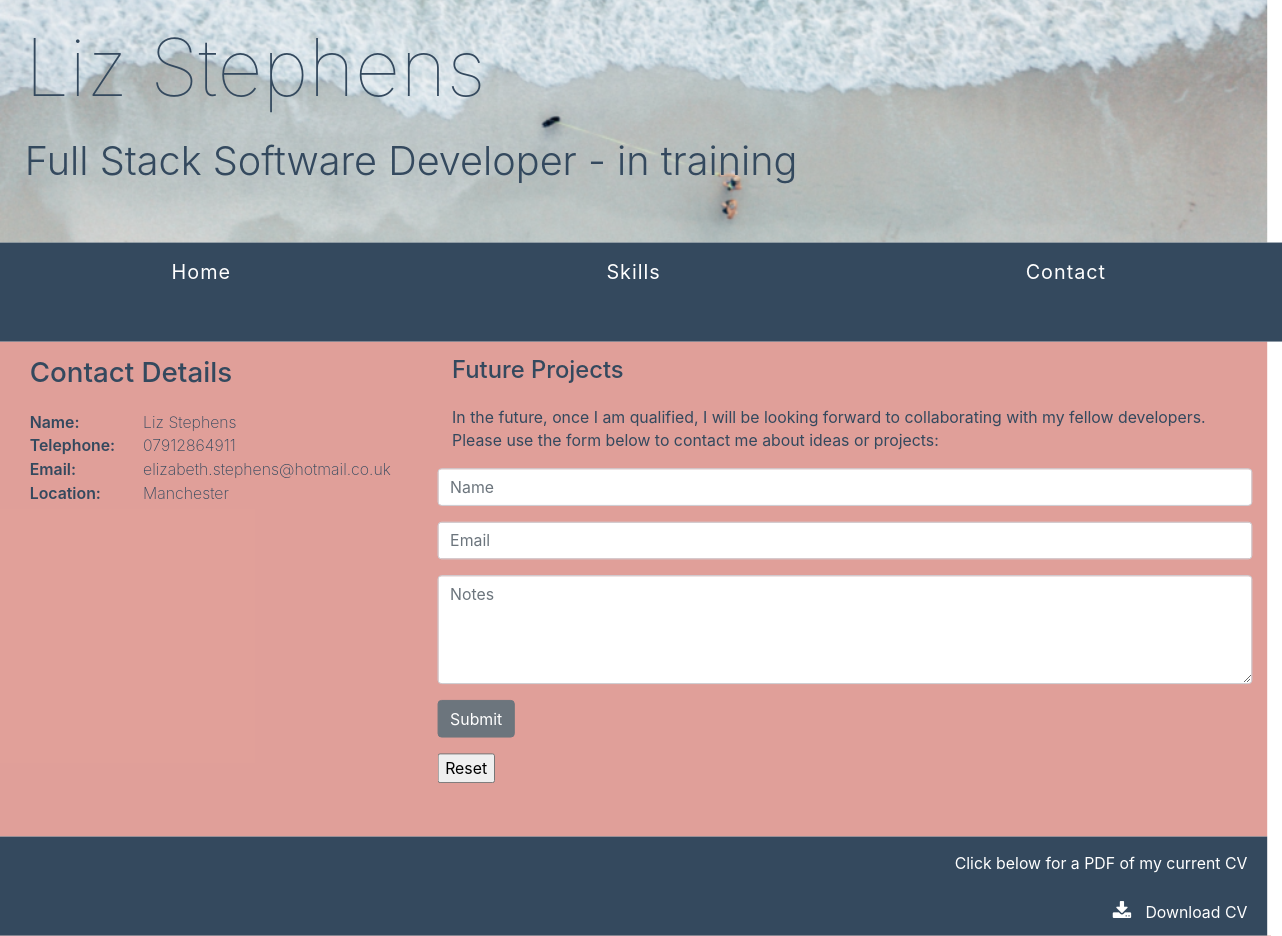
Repository: Liz94688/portfolio-site
Page: contact.html
The author's editor kept a record of every edit. The page is drawn from the files as they stood at one moment, then again after the next edit.
The browser window is 1280 px wide. The page is 1295 px wide, so the pictures cover 1295 px, including what lies to the right of the window. The pictures show the whole page, at 99% of full size.

Above is the page before.

After the next edit:
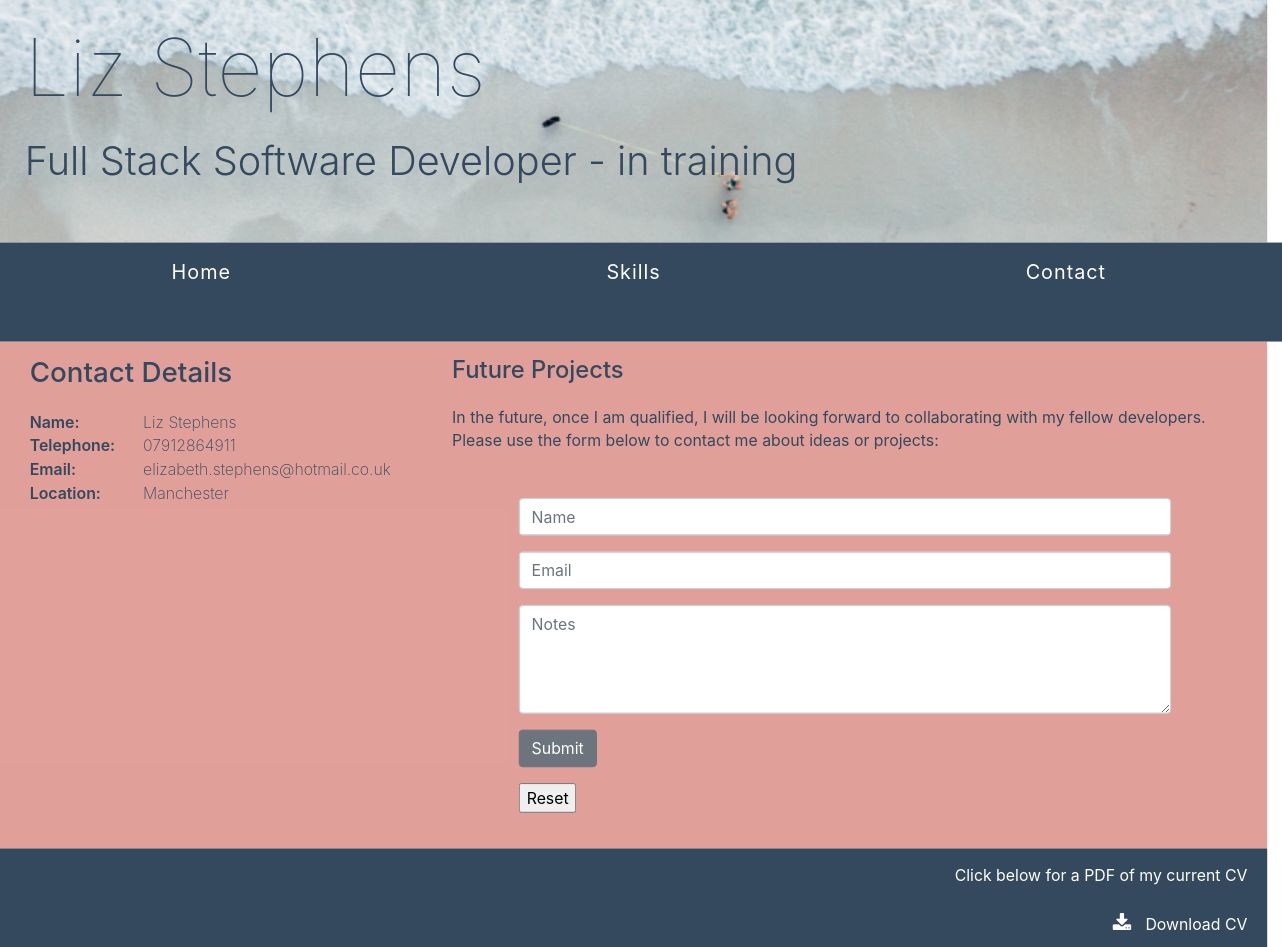
The edit:
--- a/contact.html
+++ b/contact.html
@@ -84,7 +84,7 @@
                     <p>In the future, once I am qualified, I will be looking forward to collaborating with my fellow developers. Please use the form below to contact me about ideas or projects: </p>
                 </div>
                 <div class="col-12 contact-groups">
-                    <form>
+                    <form class="centre-form">
                         <div class="form-group">
                             <input type="text" name="Name" class="form-control" placeholder="Name" required>
                         </div>
